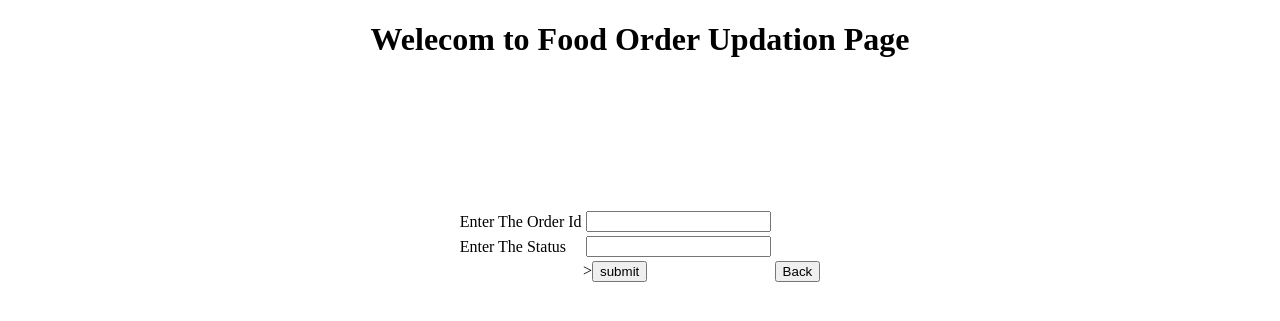
Repository: Jeevith-U/Advance-Java
Page: http://localhost/Food_App/updatefoodorder.jsp
These files come from the project's save history. The page is drawn as it stood at one moment and after the next save; the edit follows.
The browser window is 1280 px wide. The pictures show the whole page.
The page is served by Tomcat 9. Other server files are loaded and not shown.

Above is the page before, as saved 2023-08-23 16:20:10.

### Projects/Food_App/src/main/webapp/updatefoodorder.jsp
<%@ page language="java" contentType="text/html; charset=ISO-8859-1"
    pageEncoding="ISO-8859-1"%>
<!DOCTYPE html>
<html>
<head>
    <meta charset="UTF-8">
    <meta name="viewport" content="width=device-width, initial-scale=1.0">
    <title>Document</title>
    <style>
        table{
            display: flex;
            justify-content: center;
            align-items: center;
            margin-top: 150px;
        }
    </style>
</head>
<body>
    <form action="updatefoodorder" method="post">

        <h1 align="center">Welecom to Food Order Updation Page</h1>

        <table>
            <tr>
                <td><label for="id">Enter The Order Id</label></td>
                <td><input type="number" id="id" name="id"></td>
            </tr>
            <tr>
                <td><label for="status">Enter The Status</label></td>
                <td><input type="text" id="status" name="status"></td>
            </tr>
            <tr><td <!-- colspan="2px" align="center" -->><input type="submit" value="submit"><td colspan="2px" align="center"><a href="staff.jsp"><button>Back</button></a></td></td>
            </tr>

        </table>
    </form>
</body>
</html>

After the next save:
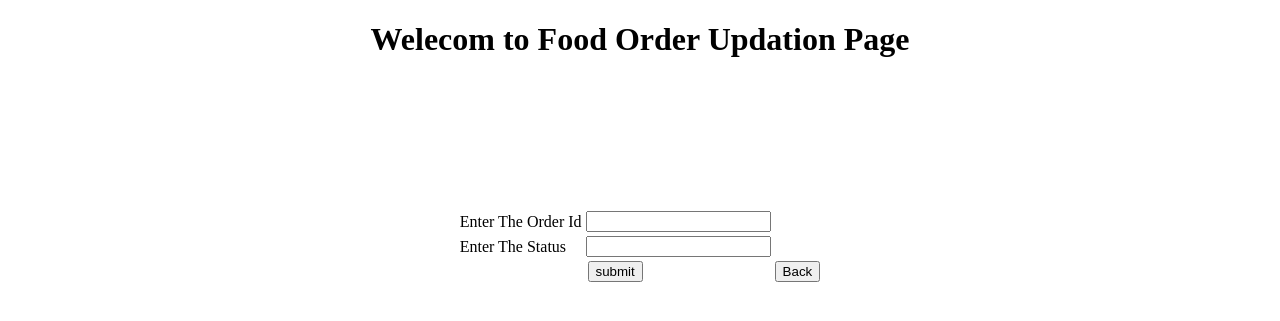
Saved 31 s later.
--- a/Projects/Food_App/src/main/webapp/updatefoodorder.jsp
+++ b/Projects/Food_App/src/main/webapp/updatefoodorder.jsp
@@ -29,7 +29,7 @@
                 <td><label for="status">Enter The Status</label></td>
                 <td><input type="text" id="status" name="status"></td>
             </tr>
-            <tr><td <!-- colspan="2px" align="center" -->><input type="submit" value="submit"><td colspan="2px" align="center"><a href="staff.jsp"><button>Back</button></a></td></td>
+            <tr><td <!-- colspan="2px" align="center" --><input type="submit" value="submit"><td colspan="2px" align="center"><a href="staff.jsp"><button>Back</button></a></td></td>
             </tr>
 
         </table>
